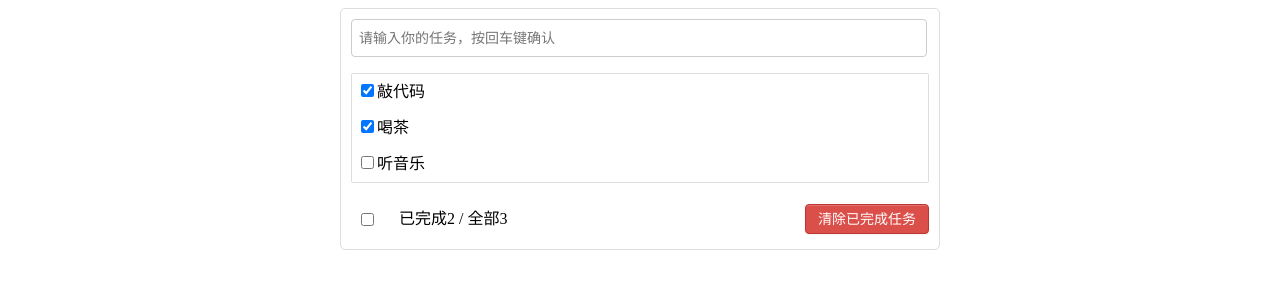
Repository: Lixianlai-2/The-journey-of-learning-Vue
Page: / (app in afterVueCli/Vue_Test/)
These files come from the project's save history. The page is drawn as it stood at one moment and after the next save; the edit follows.
The browser window is 1280 px wide. The pictures show the whole page.
The project was rebuilt for these pictures with package versions that can differ from the ones it lists, and the page was loaded fresh each time.

Above is the page before, as saved 2022-04-22 20:07:41.

After the next save:
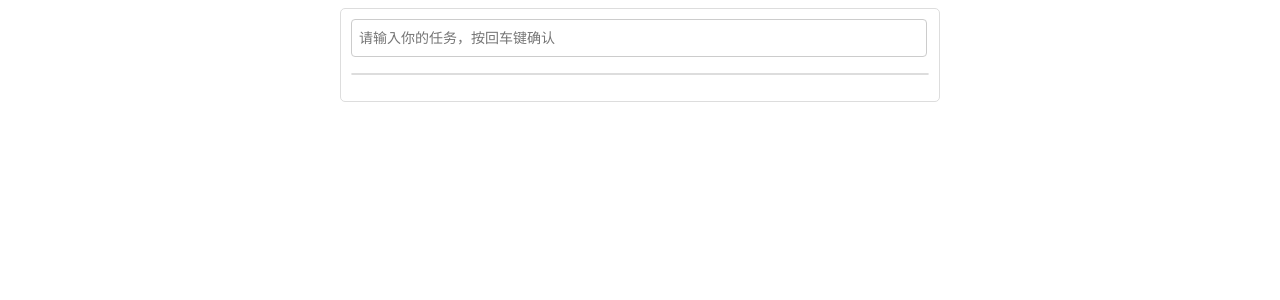
Saved 40 s later.
--- a/afterVueCli/Vue_Test/src/App.vue
+++ b/afterVueCli/Vue_Test/src/App.vue
@@ -37,9 +37,9 @@ export default {
     return {
       // 这是要被list.vue得到并进行渲染的数据
       toDos: [
-        { id: "001", eventName: "敲代码", done: true },
-        { id: "002", eventName: "喝茶", done: true },
-        { id: "003", eventName: "听音乐", done: false },
+        // { id: "001", eventName: "敲代码", done: true },
+        // { id: "002", eventName: "喝茶", done: true },
+        // { id: "003", eventName: "听音乐", done: false },
       ],
     };
   },
@@ -85,6 +85,7 @@ export default {
   },
   watch: {
     todos(value) {
+      // 设置
       localStorage.setItem("todos", JSON.stringify(value));
     },
   },
